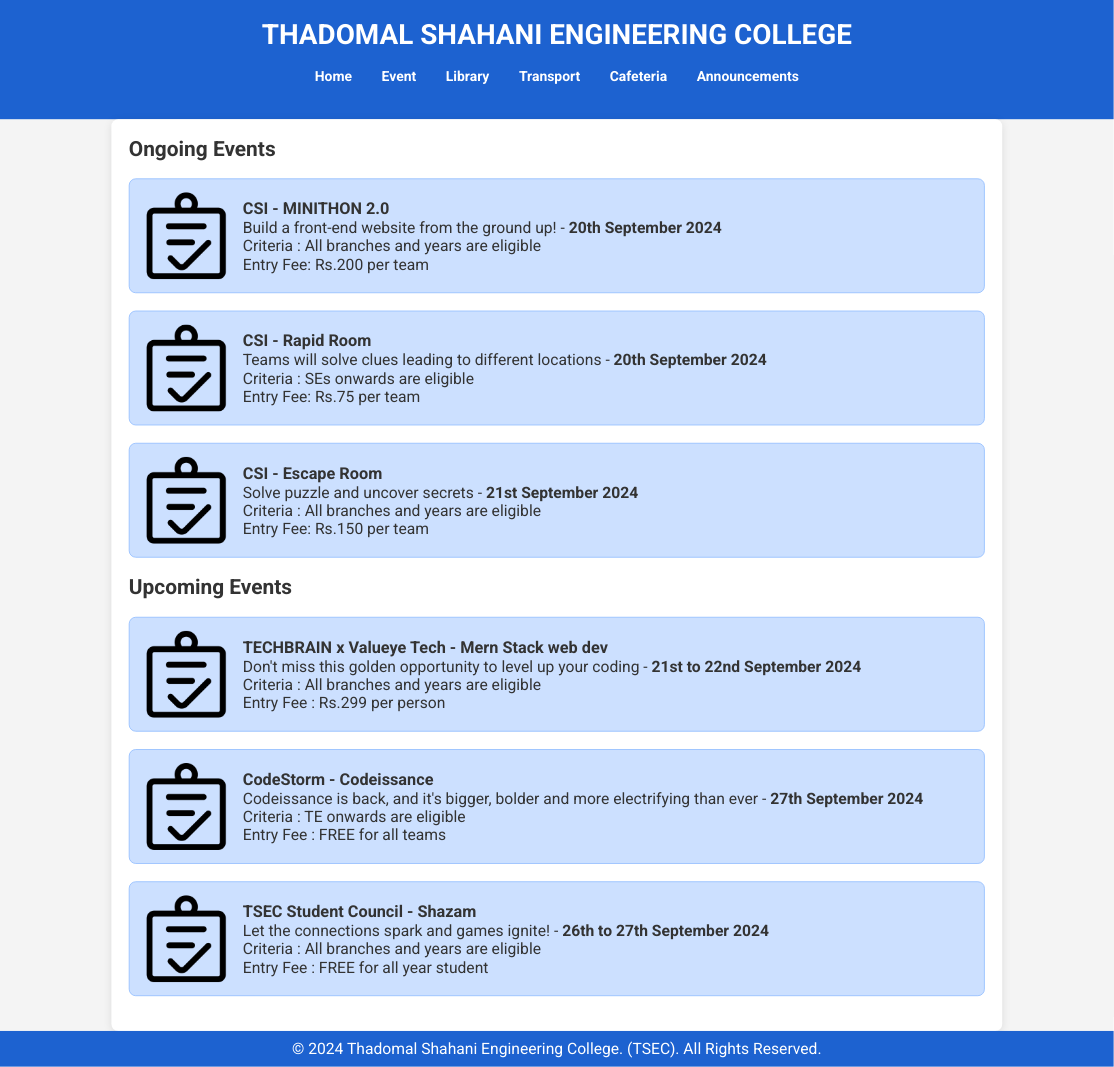
Repository: TejasS1233/MINITHON-hackathon-project
Page: Event.html
The author's editor kept a copy of each file at every save. The page is drawn from the files as they stood at one save, then again after the next save.
The browser window is 1280 px wide. The pictures show the whole page, at 87% of full size.

Above is the page before, as saved 2024-09-20 11:23:01.

After the next save:
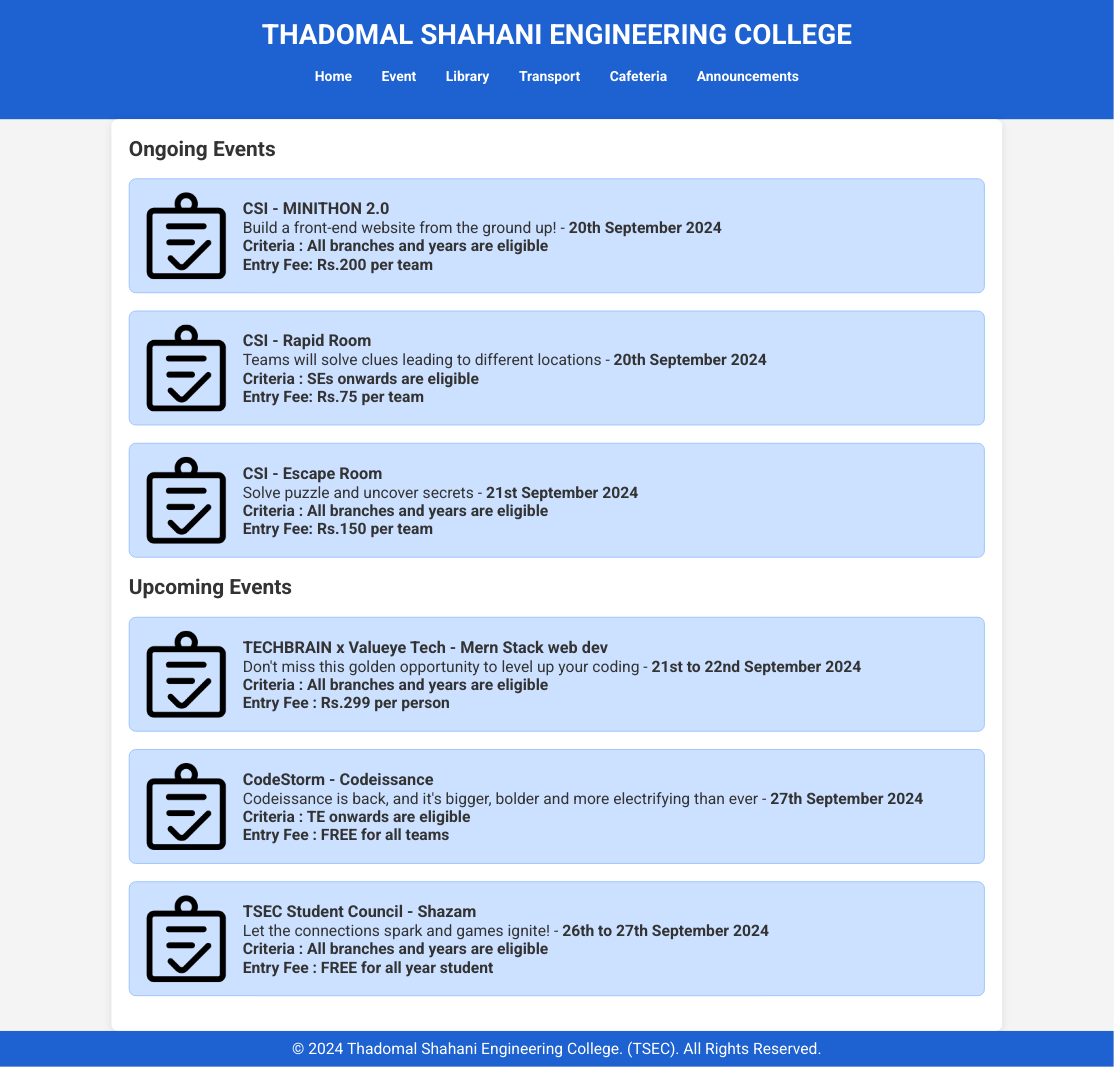
Saved 6 s later.
--- a/Event.html
+++ b/Event.html
@@ -88,7 +88,7 @@
             font-size: 18px;
         }
         .B{
-            font-weight:500;
+            font-weight:550;
         }
     </style>
 </head>

After the 2 saves that followed:
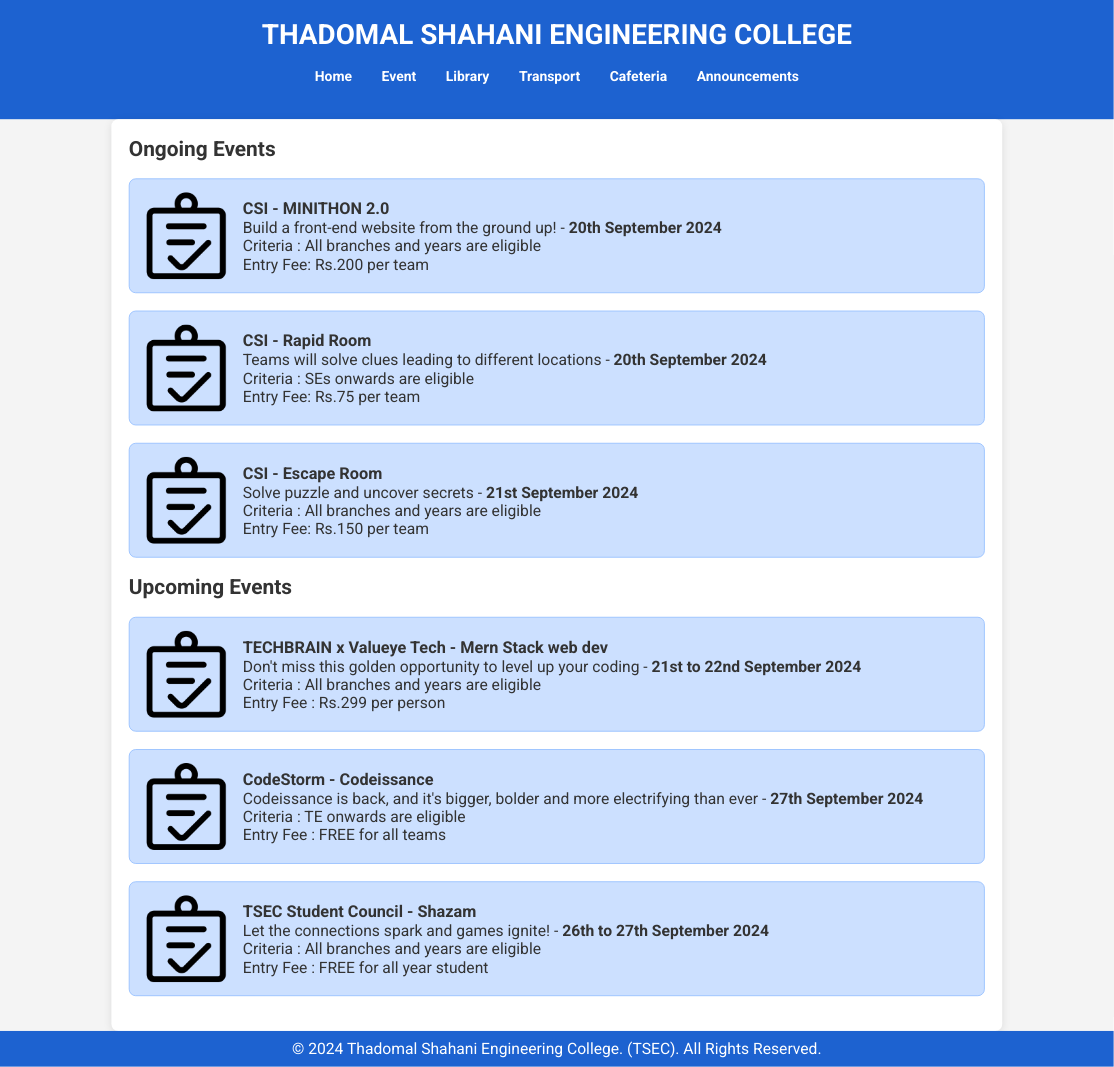
The 2 saves are shown as one change because 1 left the picture as it was.
The last was saved 19 s later.
--- a/Event.html
+++ b/Event.html
@@ -88,7 +88,7 @@
             font-size: 18px;
         }
         .B{
-            font-weight:550;
+            font-weight: underline;
         }
     </style>
 </head>
